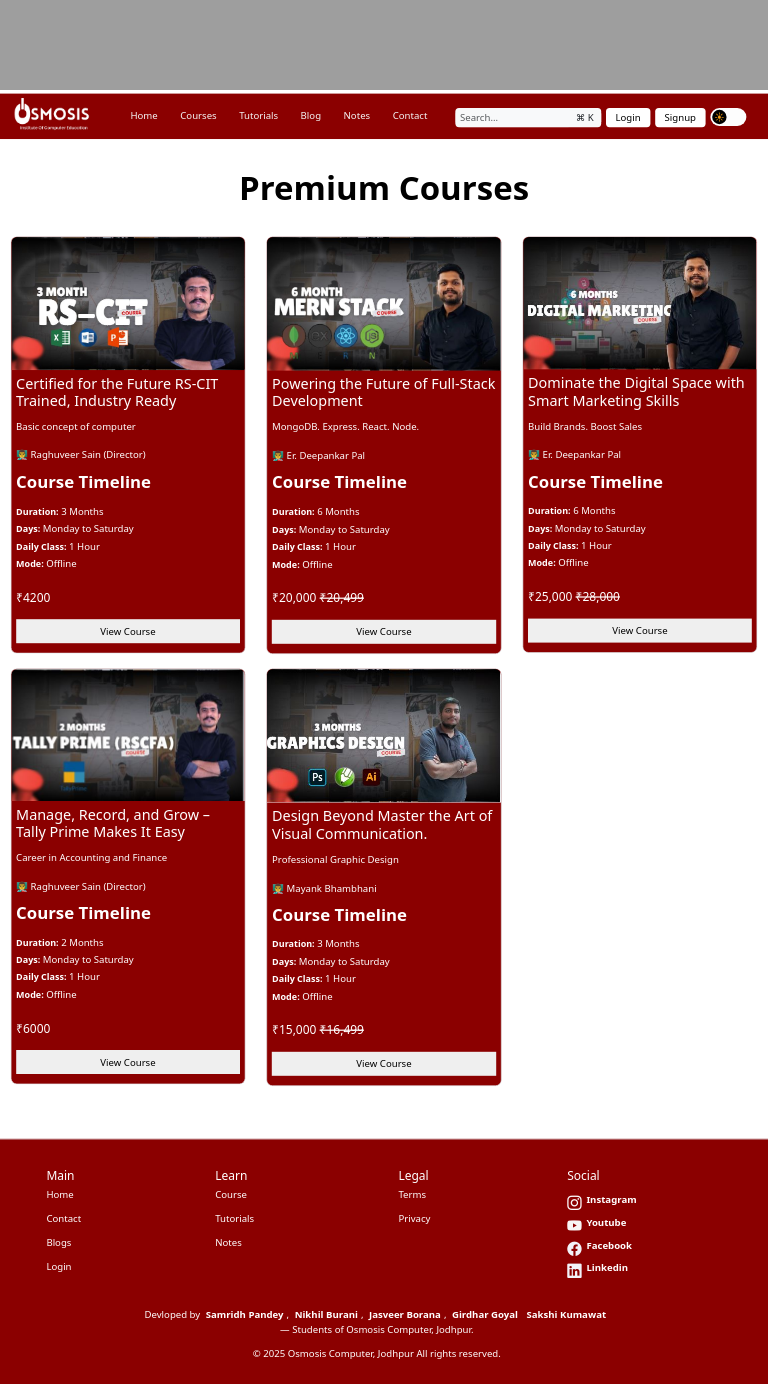
Repository: samriidhpandey/osmosis
Page: /Courses
These files come from the project's save history. The page is drawn as it stood at one moment and after the next save; the edit follows.
The browser window is 1280 px wide. The pictures show the whole page, at 60% of full size.
Pictures or frames that could not be fetched are drawn as grey boxes. The project was rebuilt for these pictures with package versions that can differ from the ones it lists, and the page was loaded fresh each time. Also part of the build but not shown: vite.config.js, src/Section2.jsx, src/Section3.jsx, src/Section4.jsx, src/InfiniteReviewScroll.jsx, src/Section5.jsx, src/TypingText.jsx, src/AnimatedName.jsx and 103 more. Imported but missing from the stored project, and not drawn on this page: src/Images/final-app-on-mobile.mp4, src/Images/final-app-on-pc.mp4, src/Images/open-terminals.mp4, src/Images/python-location.mp4.

Above is the page before, as saved 2025-07-21 16:20:37.

### index.html
<!doctype html>
<html lang="en">
  <head>
    <meta charset="UTF-8" />
    <link rel="icon" type="image/png" href="./src/image/fe1.png" />
    <meta name="viewport" content="width=device-width, initial-scale=1.0" />
    <title>Osmosis Computer</title>
    <link href="https://cdn.jsdelivr.net/npm/bootstrap@5.0.2/dist/css/bootstrap.min.css" rel="stylesheet" integrity="sha384-EVSTQN3/azprG1Anm3QDgpJLIm9Nao0Yz1ztcQTwFspd3yD65VohhpuuCOmLASjC" crossorigin="anonymous">
    <link rel="stylesheet" href="https://cdnjs.cloudflare.com/ajax/libs/font-awesome/6.7.2/css/all.min.css" integrity="sha512-Evv84Mr4kqVGRNSgIGL/F/aIDqQb7xQ2vcrdIwxfjThSH8CSR7PBEakCr51Ck+w+/U6swU2Im1vVX0SVk9ABhg==" crossorigin="anonymous" referrerpolicy="no-referrer" />
    <link href="https://cdn.jsdelivr.net/npm/bootstrap@5.3.0/dist/css/bootstrap.min.css" rel="stylesheet" />
<link href="https://cdn.jsdelivr.net/npm/bootstrap-icons/font/bootstrap-icons.css" rel="stylesheet" />
<iframe src="https://my.spline.design/your-project-link" frameborder="0" width="100%" height="100%"></iframe>


  </head>
  <body>
    <div id="root"></div>
    <script type="module" src="/src/main.jsx"></script>
    <script src="https://cdn.jsdelivr.net/npm/bootstrap@5.0.2/dist/js/bootstrap.bundle.min.js" integrity="sha384-MrcW6ZMFYlzcLA8Nl+NtUVF0sA7MsXsP1UyJoMp4YLEuNSfAP+JcXn/tWtIaxVXM" crossorigin="anonymous"></script>
  </body>
</html>

### src/Footer.jsx
import React from 'react'
import get from './image/github.svg'
import get1 from './image/X.svg'
import get2 from './image/youtube.svg'
import { Link } from 'react-router-dom'
import get3 from './image/facebook.svg'


function Footer({isDark}) {
  const footer = {
    backgroundColor: isDark ? '#111827':'darkred',
    color: isDark ? 'white':'white',
  };
  return (
    <>
    <div className="container-fluid">
      <div className="row border-top" style={footer}>
        <div className="col-12 col-sm-12 col-md-12 col-lg-12 col-xl-11 col-xxl-10 m-auto ">
          <div className="row">
            <div className="col-6 col-sm-6 col-md-3 col-lg-3 col-xl-3 col-xxl-3 mt-5 ps-4 fot-menu">
              <h5>Main</h5>
              <Link to="/" className='text-white'><p>Home</p></Link>{""}
              <Link to="/Contact" className='text-white'><p>Contact</p></Link>{""}
              <Link to="/Blog" className='text-white'><p>Blogs</p></Link>{""}
              <Link to="/Login" className='text-white'><p>Login</p></Link>{""}
            </div>

            <div className="col-6 col-sm-6 col-md-3 col-lg-3 col-xl-3 col-xxl-3 mt-5">
              <h5>Learn</h5>
              <Link to="/Courses" className='text-white'><p>Course</p></Link>{""}
              <Link to="/Tutorial" className='text-white'><p>Tutorials</p></Link>{""}
              <Link to="/Notes" className='text-white'><p>Notes</p></Link>{""}

            </div>

            <div className="col-6 col-sm-6 col-md-3 col-lg-3 col-xl-3 col-xxl-3 mt-5 ps-4">
              <h5>Legal</h5>
              <Link to="/Terms" className='text-white'><p>Terms</p></Link>{""}
              <Link to="/Privacy" className='text-white'><p>Privacy</p></Link>{""}
              {/* <p>Refund</p> */}

            </div>

            <div className="col-6 col-sm-6 col-md-3 col-lg-3 col-xl-3 col-xxl-3 mt-5">
              <h5>Social</h5>
             <a href="https://www.instagram.com/osmosis_computer?igsh=MWkyNGtib2s1NG10OQ%3D%3D&utm_source=qr "
              target="_blank"
    rel="noopener noreferrer"
    style={{
      color:'white',
      textDecoration: "none",
      fontWeight: "bold",
      marginTop: "0px",
      marginBottom: "0px",
    }}
    onMouseOver={(e) => (e.target.style.textDecoration = "underline")}
    onMouseOut={(e) => (e.target.style.textDecoration = "none")}><div className="social d-flex p-0 mt-3"> <i className="bi bi-instagram" style={{fontSize:'24px', color:" #fcf9faff",}}></i><img className='img-fluid me-2 bg-light rounded' alt="" /> <p> Instagram</p></div> </a>


    <a href="https://www.youtube.com/@OsmosisComputerJodhpur "
              target="_blank"
    rel="noopener noreferrer"
    style={{
      color:'white',
      textDecoration: "none",
      fontWeight: "bold",
      marginTop: "0px",
      marginBottom: "0px",
    }}
    onMouseOver={(e) => (e.target.style.textDecoration = "underline")}
    onMouseOut={(e) => (e.target.style.textDecoration = "none")}><div className="social d-flex p-0 mt-3"> <i className="bi bi-youtube" style={{fontSize:'24px', color:" #f9f5f5ff",}}></i><img className='img-fluid me-2 bg-light rounded' alt="" /> <p> Youtube</p></div> </a>



    <a href="https://www.facebook.com/share/1LYuEtGZGp/?mibextid=wwXIfr"
              target="_blank"
    rel="noopener noreferrer"
    style={{
      color:'white',
      textDecoration: "none",
      fontWeight: "bold",
      marginTop: "0px",
      marginBottom: "0px",
    }}
    onMouseOver={(e) => (e.target.style.textDecoration = "underline")}
    onMouseOut={(e) => (e.target.style.textDecoration = "none")}><div className="social d-flex p-0 mt-3"> <i className="bi bi-facebook" style={{fontSize:'24px', color:" #f2f2f8ff",}}></i><img className='img-fluid me-2 bg-light rounded' alt="" /> <p> Facebook</p></div> </a>



    <a href="https://www.linkedin.com/company/osmosiscomputer/"
              target="_blank"
    rel="noopener noreferrer"
    style={{
      color:'white',
      textDecoration: "none",
      fontWeight: "bold",
      marginTop: "0px",
      marginBottom: "0px",
    }}
    onMouseOver={(e) => (e.target.style.textDecoration = "underline")}
    onMouseOut={(e) => (e.target.style.textDecoration = "none")}><div className="social d-flex p-0 mt-3"> <i className="bi bi-linkedin" style={{fontSize:'24px', color:" #f2f2f8ff",}}></i><img className='img-fluid me-2 bg-light rounded' alt="" /> <p>Linkedin</p></div> </a>



            </div>
          </div>
        </div>

        <div className="row">
          <div className="col-12">


  <footer
  className='mt-3'
  style={{
    padding: "1.5rem",
    textAlign: "center",


  }}
>
  Devloped by{" "}
  <a
    href="https://www.linkedin.com/in/samridh-pandey-771835317?utm_source=share&utm_campaign=share_via&utm_content=profile&utm_medium=android_app"
    target="_blank"
    rel="noopener noreferrer"
    style={{
      color:'white',
      textDecoration: "none",
      fontWeight: "bold",
      margin: "0 5px",
    }}
    onMouseOver={(e) => (e.target.style.textDecoration = "underline")}
    onMouseOut={(e) => (e.target.style.textDecoration = "none")}
  >
    Samridh Pandey
  </a>
  ,{" "}
  <a
    href="https://www.linkedin.com/in/nikhil-burani?utm_source=share&utm_campaign=share_via&utm_content=profile&utm_medium=android_app"
    target="_blank"
    rel="noopener noreferrer"
    style={{
      color:'white',
      textDecoration: "none",
      fontWeight: "bold",
      margin: "0 5px",
    }}
    onMouseOver={(e) => (e.target.style.textDecoration = "underline")}
    onMouseOut={(e) => (e.target.style.textDecoration = "none")}
  >
    Nikhil Burani
  </a>
  ,{" "}
  <a
    href="https://www.linkedin.com/in/jasveer-borana-39878a373?utm_source=share&utm_campaign=share_via&utm_content=profile&utm_medium=android_app "
    target="_blank"
    rel="noopener noreferrer"
    style={{
      color:'white',
      textDecoration: "none",
      fontWeight: "bold",
      margin: "0 5px",
    }}
    onMouseOver={(e) => (e.target.style.textDecoration = "underline")}
    onMouseOut={(e) => (e.target.style.textDecoration = "none")}
  >
    Jasveer Borana
  </a>
  ,{" "}
  <a
    href="https://www.linkedin.com/in/girdhar-goyal-1376b5332?lipi=urn%3Ali%3Apage%3Ad_flagship3_profile_view_base_contact_details%3B9WR3byrCTMq%2FaVpFyt54vQ%3D%3D"
    target="_blank"
    rel="noopener noreferrer"
    style={{
      textDecoration: "none",
      fontWeight: "bold",
      margin: "0 5px",
      color:'white',
    }}
    onMouseOver={(e) => (e.target.style.textDecoration = "underline")}
    onMouseOut={(e) => (e.target.style.textDecoration = "none")}
  >
    Girdhar Goyal
  </a>{" "}

  <a
    href="https://www.linkedin.com/in/sakshi-k-b046b4320?utm_source=share&utm_campaign=share_via&utm_content=profile&utm_medium=ios_app "
    target="_blank"
    rel="noopener noreferrer"
    style={{
      textDecoration: "none",
      fontWeight: "bold",
      margin: "0 5px",
      color:'white',
    }}
    onMouseOver={(e) => (e.target.style.textDecoration = "underline")}
    onMouseOut={(e) => (e.target.style.textDecoration = "none")}
  >
    Sakshi Kumawat
  </a>{" "}

  <p>—  Students of Osmosis Computer, Jodhpur.</p>
  <p>© 2025 Osmosis Computer, Jodhpur All rights reserved.</p>
</footer>



          </div>
        </div>
      </div>
    </div>
    </>
  )
}

export default Footer

### src/Component2/Courses.jsx
import React from 'react'
import ad1 from '../image/c1.jpg';
import ad2 from '../image/c2.jpg';
import ad3 from '../image/c3.jpg';
import ad4 from '../image/c4.jpg';
import ad5 from '../image/c5.jpg';
import { Link } from "react-router-dom";



function Courses({isDark}) {
  const Courses = {
    backgroundColor: isDark ? '#0E121B' : 'white',
    color: isDark ? 'white' : 'black',
  };
  const Courses1 = {
    backgroundColor: isDark ? 'black' : 'darkred',
    color: isDark ? 'white' : 'white',
  };


  const headingStyle = {
    // fontSize: "20px",
    fontWeight: "600",
    color: "white",
    marginBottom: "0px",
  };

  const itemStyle = {
    fontSize: "16px",
    color: "white",
    // lineHeight:'-100px',
    marginBottom: "-35px",
  };
  return (
    <>
    {/* <BrowserRouter> */}


    <div className="container-fluid">
      <div className="row"style={Courses}>
        <div className="col-12">
          <h1 className=' fw-bolder text-center mt-5 mb-4'>Premium Courses</h1>
          <div className="row mt-5 mb-5 pb-3">

           <div className="col-12 col-sm-12 col-md-6 col-lg-4 col-xl-4 col-xxl-4" >
            <Link to="/part1" className='part1'>
              <div className="row">
                <div className="col-11 border mb-4 pb-2 m-auto p-0 cour-card" style={Courses1}>
                    <div className="col-12 p-0 cour-img">
                <img src={ad1} className='img-fluid cour-img' alt="" />
              </div>
              <div className=" p-2">
            <h4 className=''>Certified for the Future RS-CIT Trained, Industry Ready</h4>
            <p className='mt-3'>Basic concept of computer</p>
            <p className='mt-4'>👨‍🏫 Raghuveer Sain (Director)</p>
            <h3 style={headingStyle}>Course Timeline</h3>
      <p style={itemStyle}><strong>Duration:</strong> 3 Months</p>
      <p style={itemStyle}><strong>Days:</strong> Monday to Saturday</p>
      <p style={itemStyle}><strong>Daily Class:</strong> 1 Hour</p>
      <p style={itemStyle}><strong>Mode:</strong> Offline </p>
            <h5 className='mt-5'>₹4200</h5>

            <button className='w-100 mt-3 border-0 pt-2 pb-2'>View Course</button>
          </div>
                </div>
              </div>

            </Link>{""}
          </div>


          <div className="col-12 col-sm-12 col-md-6 col-lg-4 col-xl-4 col-xxl-4">
            <Link to="/part2" className='part1'>
              <div className="row">
                <div className="col-11 border mb-4 pb-2 m-auto p-0 cour-card" style={Courses1}>
                    <div className="col-12 p-0 cour-img">
                <img src={ad2} className='img-fluid cour-img' alt="" />
              </div>
              <div className=" p-2">
            <h4 className=''>Powering the Future of Full-Stack Development</h4>
            <p className='mt-3'>MongoDB. Express. React. Node.</p>
            <p className='mt-4'>👨‍🏫 Er. Deepankar Pal</p>
            <h3 style={headingStyle}>Course Timeline</h3>
      <p style={itemStyle}><strong>Duration:</strong> 6 Months</p>
      <p style={itemStyle}><strong>Days:</strong> Monday to Saturday</p>
      <p style={itemStyle}><strong>Daily Class:</strong> 1 Hour</p>
      <p style={itemStyle}><strong>Mode:</strong> Offline </p>
            <h5 className='mt-5'>₹20,000 <s>₹20,499</s></h5>

            <button className='w-100 mt-3 border-0 pt-2 pb-2'>View Course</button>
          </div>
                </div>
              </div>
             </Link>{""}

          </div>



          <div className="col-12 col-sm-12 col-md-6 col-lg-4 col-xl-4 col-xxl-4">
            <Link to="/part3" className='part1'>
              <div className="row">
                <div className="col-11 border mb-4 pb-2 m-auto p-0 cour-card" style={Courses1}>
                    <div className="col-12 p-0 cour-img">
                <img src={ad3} className='img-fluid cour-img w-100' alt="" />
              </div>
              <div className=" p-2">
            <h4 className=''>Dominate the Digital Space with Smart Marketing Skills</h4>
            <p className='mt-3'>Build Brands. Boost Sales</p>
            <p className='mt-4'>👨‍🏫 Er. Deepankar Pal</p>
            <h3 style={headingStyle}>Course Timeline</h3>
      <p style={itemStyle}><strong>Duration:</strong> 6 Months</p>
      <p style={itemStyle}><strong>Days:</strong> Monday to Saturday</p>
      <p style={itemStyle}><strong>Daily Class:</strong> 1 Hour</p>
      <p style={itemStyle}><strong>Mode:</strong> Offline </p>
            <h5 className='mt-5'>₹25,000 <s>₹28,000</s></h5>

            <button className='w-100 mt-3 border-0 pt-2 pb-2'>View Course</button>
          </div>
                </div>
              </div>
             </Link>{""}

          </div>




          <div className="col-12 col-sm-12 col-md-6 col-lg-4 col-xl-4 col-xxl-4">
            <Link to="/part4" className='part1'>
              <div className="row">
                <div className="col-11 border mb-4 pb-2 m-auto p-0 cour-card" style={Courses1}>
                    <div className="col-12 p-0 cour-img">
                <img src={ad4} className='img-fluid cour-img w-100' alt="" />
              </div>
              <div className=" p-2">
            <h4 className=''>Manage, Record, and Grow – Tally Prime Makes It Easy</h4>
            <p className='mt-3'>Career in Accounting and Finance</p>
            <p className='mt-4'>👨‍🏫 Raghuveer Sain (Director)</p>
            <h3 style={headingStyle}>Course Timeline</h3>
      <p style={itemStyle}><strong>Duration:</strong> 2 Months</p>
      <p style={itemStyle}><strong>Days:</strong> Monday to Saturday</p>
      <p style={itemStyle}><strong>Daily Class:</strong> 1 Hour</p>
      <p style={itemStyle}><strong>Mode:</strong> Offline </p>
            <h5 className='mt-5'>₹6000</h5>

            <button className='w-100 mt-3 border-0 pt-2 pb-2'>View Course</button>
          </div>
                </div>
              </div>
             </Link>{""}

          </div>





          <div className="col-12 col-sm-12 col-md-6 col-lg-4 col-xl-4 col-xxl-4">
            <Link to="/part5" className='part1'>
              <div className="row">
                <div className="col-11 border mb-4 pb-2 m-auto p-0 cour-card" style={Courses1}>
                    <div className="col-12 p-0 cour-img">
                <img src={ad5} className='img-fluid cour-img w-100' alt="" />
              </div>
              <div className=" p-2">
            <h4 className=''>Design Beyond Master the Art of Visual Communication.</h4>
            <p className='mt-3'>Professional Graphic Design</p>
            <p className='mt-4'>👨‍🏫 Mayank Bhambhani</p>
            <h3 style={headingStyle}>Course Timeline</h3>
      <p style={itemStyle}><strong>Duration:</strong> 3 Months</p>
      <p style={itemStyle}><strong>Days:</strong> Monday to Saturday</p>
      <p style={itemStyle}><strong>Daily Class:</strong> 1 Hour</p>
      <p style={itemStyle}><strong>Mode:</strong> Offline </p>
            <h5 className='mt-5'>₹15,000 <s>₹16,499</s></h5>

            <button className='w-100 mt-3 border-0 pt-2 pb-2'>View Course</button>
          </div>
                </div>
              </div>
             </Link>{""}

          </div>





          </div>
        </div>
      </div>


    </div>


    </>
  )
}

export default Courses

Loaded but not shown: src/main.jsx (common file); src/App.jsx (426 lines, source omitted); src/App.css (1048 lines, source omitted); src/index.css (no stored copy; drawn as an empty file)

After the next save:
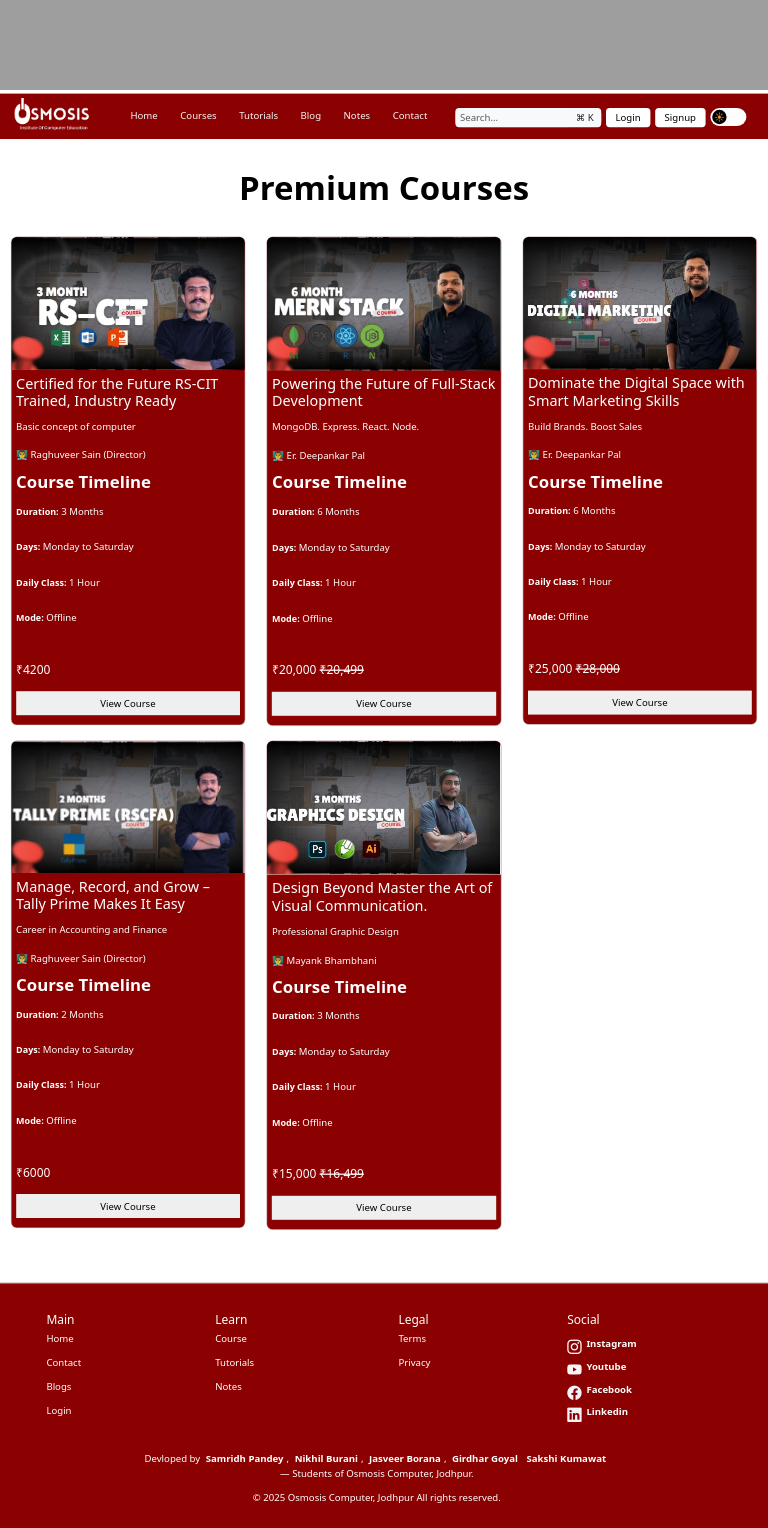
Saved 9 min 30 s later.
--- a/src/Component2/Courses.jsx
+++ b/src/Component2/Courses.jsx
@@ -30,7 +30,7 @@
     fontSize: "16px",
     color: "white",
     // lineHeight:'-100px',
-    marginBottom: "-35px",
+    marginBottom: "-5px",
   };
   return (
     <>
